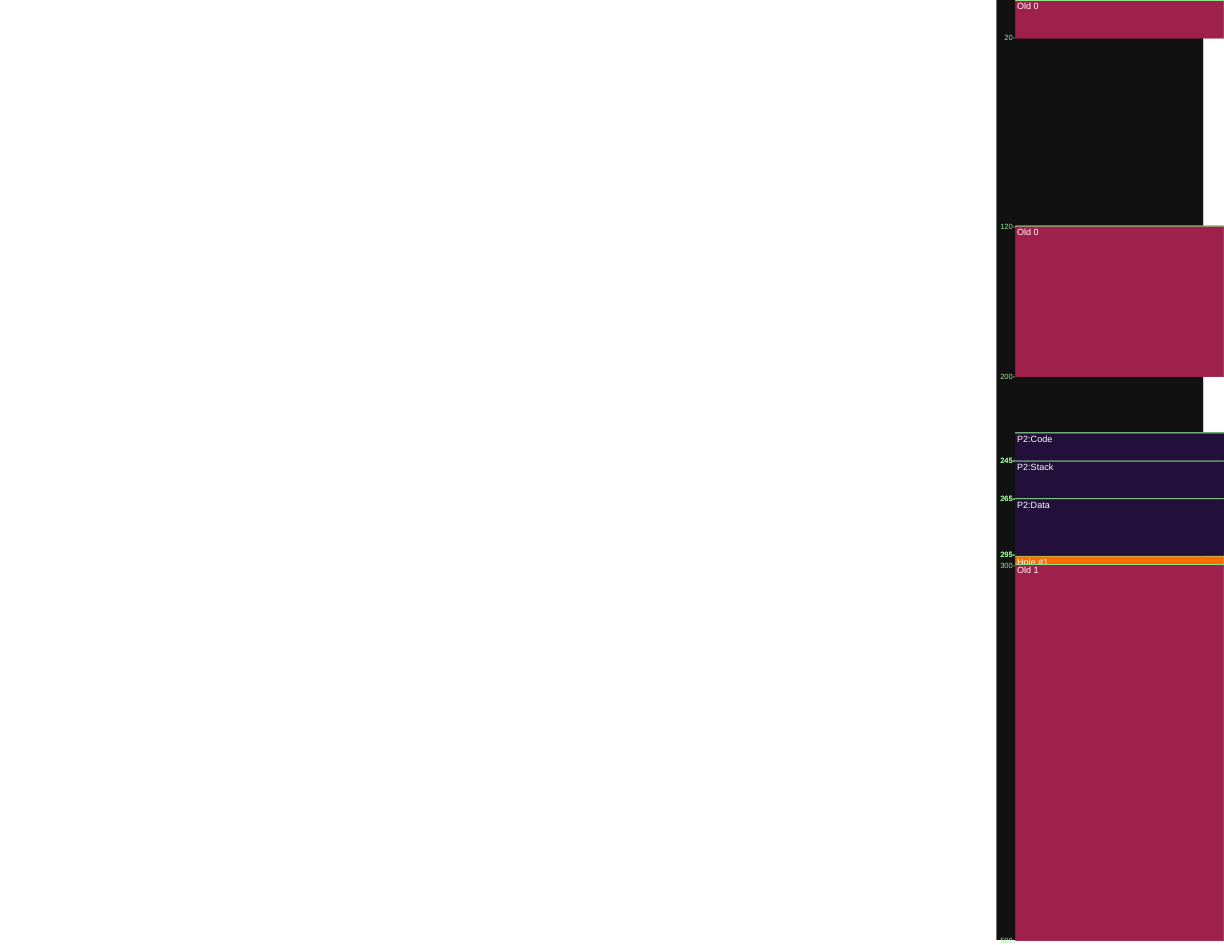
Repository: atout811/memory-allocation-project
Page: /#/final
The author's editor kept a copy of each file at every save. The page is drawn from the files as they stood at one save, then again after the next save.
The browser window is 1280 px wide. The page is 1302 px wide, then 1280 px, then 1302 px, so the pictures cover 1302 px, including what lies to the right of the window. The pictures show the whole page, at 94% of full size.
The project was rebuilt for these pictures with package versions that can differ from the ones it lists, and the page was loaded fresh each time. Also part of the build but not shown: src/views/MemoryAndHoles.vue, src/views/Process.vue, src/views/Methods.vue.

Above is the page before, as saved 2021-06-09 22:48:32.

After the next save:
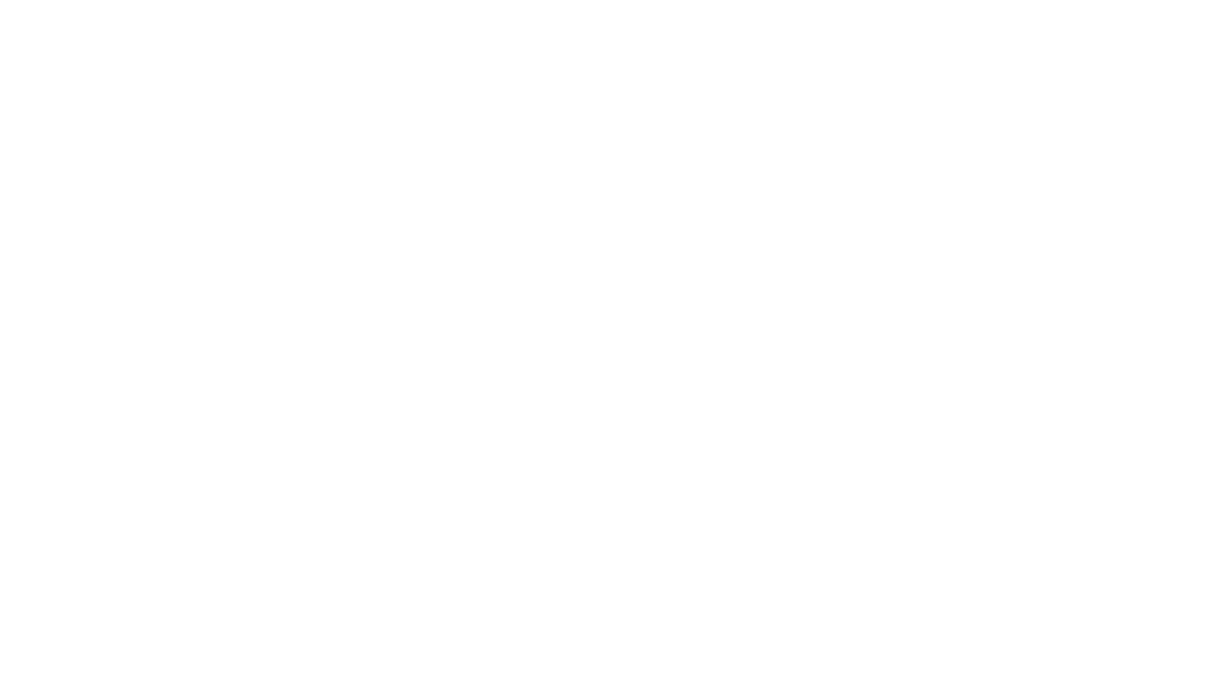
Console error: TypeError: Cannot read properties of undefined (reading 'map')
Saved 84 s later.
--- a/src/views/Final.vue
+++ b/src/views/Final.vue
@@ -11,7 +11,7 @@
       data: this.$store.state.input,
     };
   },
-  mounted: function () {
+  beforeCreate: function () {
     const memory = document.querySelector(".memory");
     const scale = 2;
     let data = { ...this.data };

After the 3 saves that followed:
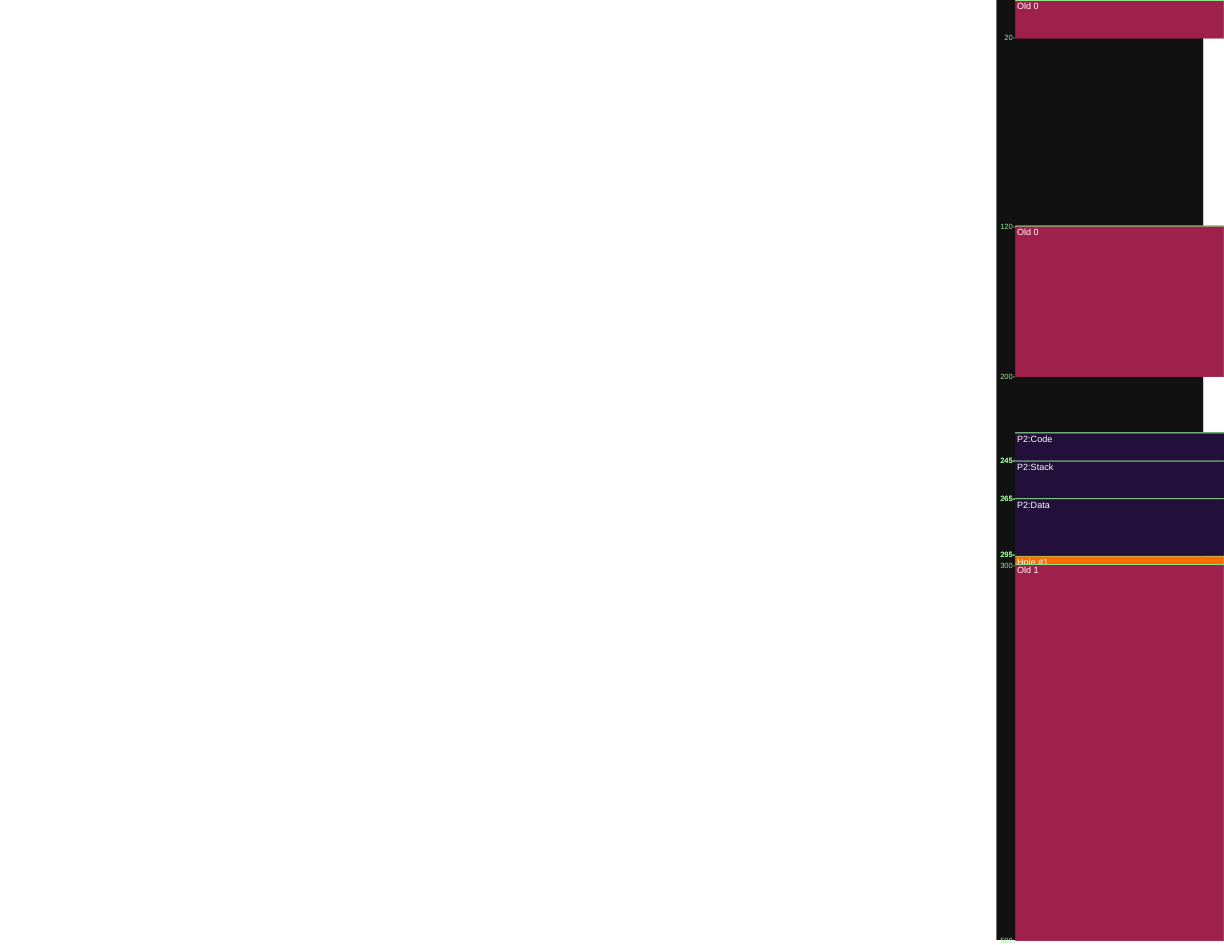
The error is gone.
The 3 saves are shown as one change because 2 left the picture as it was.
The last was saved 62 s later.
--- a/src/views/Final.vue
+++ b/src/views/Final.vue
@@ -11,7 +11,7 @@
       data: this.$store.state.input,
     };
   },
-  beforeCreate: function () {
+  mounted: function () {
     const memory = document.querySelector(".memory");
     const scale = 2;
     let data = { ...this.data };
